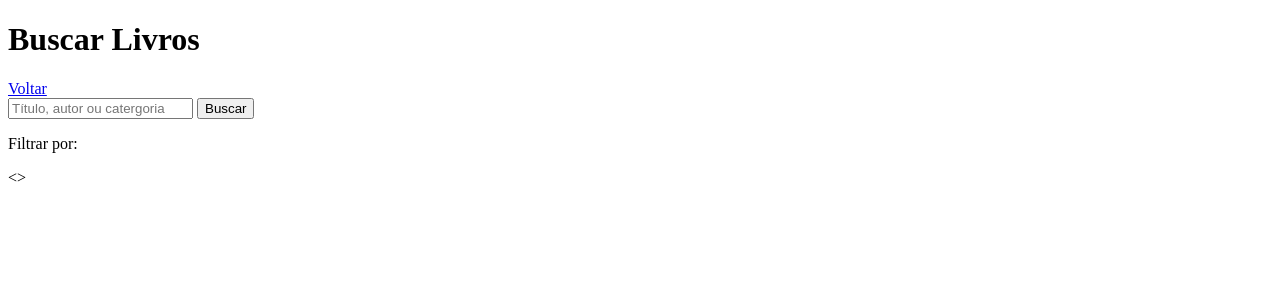
Repository: melloeduarda/html
Page: buscar.html
These files come from the project's save history. The page is drawn as it stood at one moment and after a run of saves; the edit follows.
The browser window is 1280 px wide. The pictures show the whole page.

Above is the page before, as saved 2026-10-28 16:02:04.

After the next 9 saves:
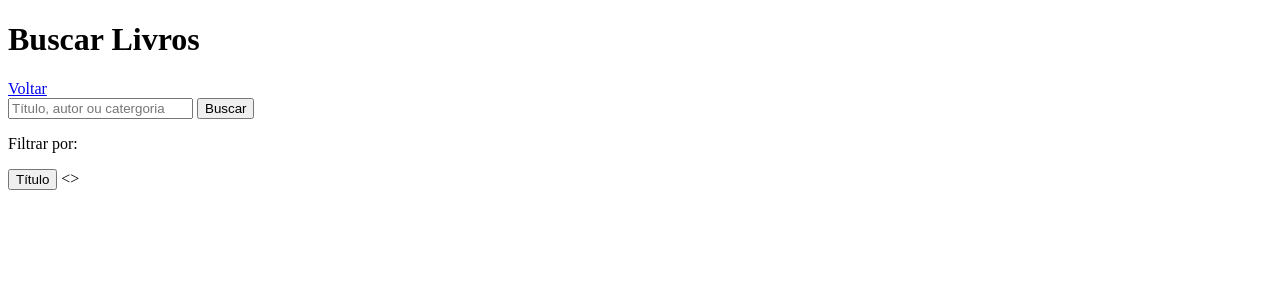
The 9 saves are shown as one change because they came seconds apart.
The last was saved 24 s later.
--- a/buscar.html
+++ b/buscar.html
@@ -17,6 +17,7 @@
         <form>
 
             <p>Filtrar por:</p>
+            <button>Título</button>
             <>
 </body>
 </html>
